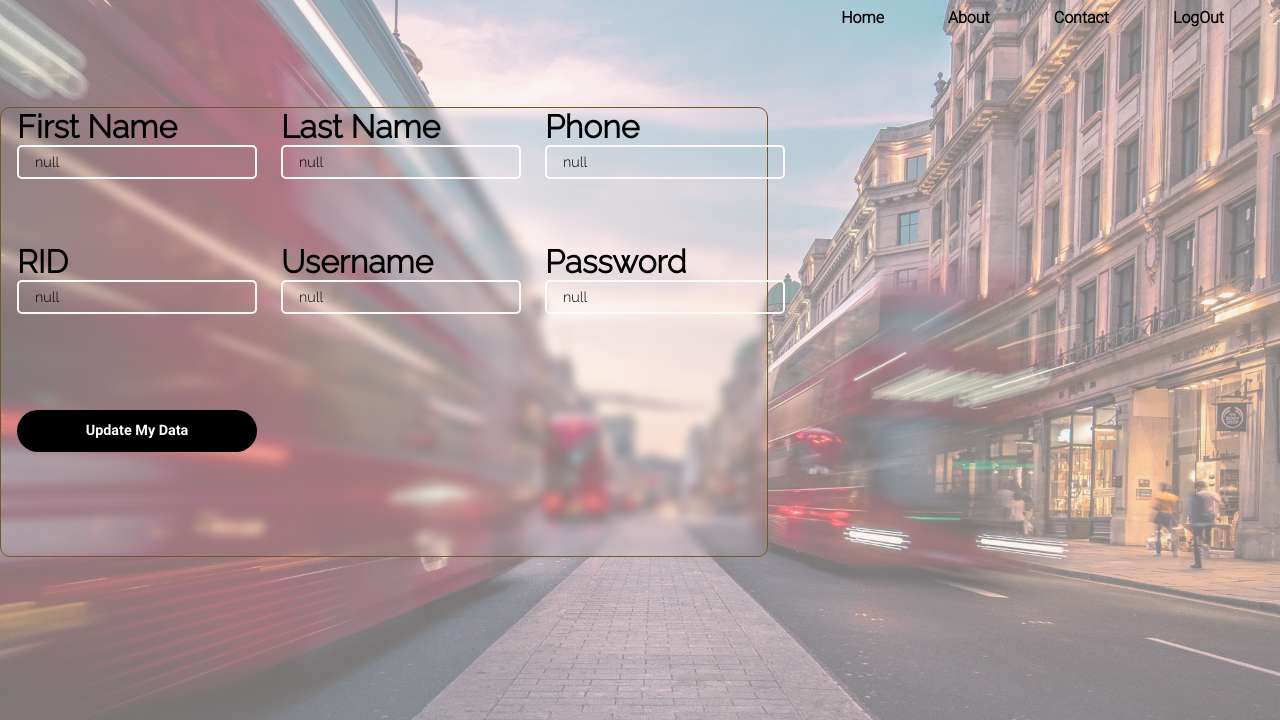
Repository: Savindushehan/RouteMaster-Group-project
Page: http://localhost/RouterMaster/Updateuserdetails.jsp
The author's editor kept a copy of each file at every save. The page is drawn from the files as they stood at one save, then again after the next save.
The browser window is 1280 px wide. The pictures show the whole page.
The page is served by Tomcat 10. Other server files are loaded and not shown.

Above is the page before, as saved 2023-10-27 05:50:08.

### RouteMaster/RouterMaster/src/main/webapp/Updateuserdetails.jsp
<%@ page language="java" contentType="text/html; charset=UTF-8"
    pageEncoding="UTF-8"%>
<!DOCTYPE html>
<html>
<head>
<meta charset="UTF-8">
<title>Insert title here</title>
 <style>
          @font-face {
        font-family: 'Roboto-Light'; /* Font family name */
        src: url('Fonts/Roboto-Light.ttf') format('truetype'); /* URL to your font file */
        font-weight: normal;
        font-style: italic;
        }
        @font-face {
        font-family: 'Raleway-Light'; /* Font family name */
        src: url('Fonts/Raleway-Light.ttf') format('truetype'); /* URL to your font file */
        font-weight: normal;
        font-style: italic;
        }
        @font-face {
        font-family: 'Roboto-Bold'; /* Font family name */
        src: url('Fonts/Roboto-Bold.ttf') format('truetype'); /* URL to your font file */
        font-weight: normal;
        font-style: italic;
        }
        :root{
            --div-color1:#000000;
            --div-color2:#272702;
            --div-color3:#07FAFA;
            --div-color4:#FFFFFF;
        }
        a{
            text-decoration: none;
        }
        *{
            margin: 0;
            padding: 0;
            box-sizing:border-box;
        }
        a{
            text-decoration: none;
        }
         body{
			background-image: url('Images/background.jpg');
            background-size: cover;
            background-repeat: no-repeat;
            background-position: center;
            height: 100vh;
            justify-content:center;
            align-items:center;
            flex-direction:column;
        }
        body::before {
          content: "";
          position: absolute;
          top: 0;
          left: 0;
          width: 100%;
          height: 100%;
          background-color: rgba(245, 236, 236, 0.5);
          z-index: -1;
        }
        .head{
            display: flex;
            flex-direction: row;
            justify-content: right;
        }
        header h3{
            color: var(--div-color1);
            font-size:1rem;
            margin-right: 3rem;
            cursor: grab;
            padding: 0.5rem;
            border-radius: 0.5rem;
            outline: none;
            font-family: 'Roboto-Light';
        }
          form{
          display: flex;
          flex-direction: column;
          justify-content: center;
          align-items: center;
          width: 50rem;
          margin-left: auto;
          margin-right: auto;
        }
        h1{
          font-size: 2.5rem;
          text-align: center;
          margin-top: 3rem;
        }
         .row1,.row2{
          display: flex;
          flex-direction: row;
          justify-content: space-between;
          width: 100%;
          margin-left: auto;
          margin-right: auto;
          margin-bottom: 4rem;

        }
        .details{
          flex-direction: column;
          justify-content: space-between;
       	  width:60vw;
          margin-left:auto;
          margin-right: auto;

        }
        .colomn1{
            display: flex;
            flex-direction: column;
            margin-right: 4rem;
        }
        .colomn2{
            display: flex;
            flex-direction: column;
        }
         .colomn1 .colomn2 input{
        width:100%;
        height:50px;
        margin: 30px 0;
        }

         main{
         width:60%;
         height: 450px;
         display: flex;
         flex-direction: column;
         backdrop-filter: blur(5px);
         border:1px solid #72582c;
         border-radius: 10px;
         align-items:center;
         gap:40px;
    	 margin-top: 10vh;
        }
        h2{
         font-family: 'Raleway-Light';
          font-size: 2rem;
        }
         form{
          display: flex;
          flex-direction: column;
          justify-content: center;
          align-items: center;
          width: 50rem;
          margin-left: auto;
          margin-right: auto;
        }

         .form .main{
           display:flex;
           flex-direction:column;
           width: 85%;
          }

         input{
          font-size: 0.9rem;
          font-family: 'Raleway-Light';
          width: 15rem;
          outline: none;
          padding-left: 1rem;
          padding-top: 0.4rem;
          padding-bottom: 0.4rem;
          border-radius: 5px;
          border: 2px solid red;
          border: none;
          background: transparent;
          border:2px solid rgb(255, 249, 249);

        }
          #btn{
          text-align: center;
          padding-left: 2rem;
          padding-right: 2rem;
          padding-top: 0.8rem;
          padding-bottom: 0.8rem;
          border-radius: 10px;
          font-family: 'Roboto-Bold';
          background-color: var(--div-color1);
          color: var(--div-color4);
          border: none;
          outline: none;
          cursor: pointer;
          margin-top: 2rem;
          border-radius:500px;
          transition:all 0.3s;

        }
       #btn:hover{
         transform:scale(1.15);
        }
    </style>
</head>
<body>
	 <header>
        <div class="head">
          <a href="Home.jsp"><h3 id="m1">Home</h3></a>
           <a href="AboutUs.jsp"><h3 id="m2">About</h3></a>
            <a href="ContactUS.jsp"><h3 id="m3">Contact</h3></a>
           <a href="login.jsp"><h3 id="m4">LogOut</h3></a>
        </div>
    </header>
	<main>
	<%
	String RID=request.getParameter("RID");
	String F_name=request.getParameter("F_name");
	String L_name=request.getParameter("L_name");
	String Phone=request.getParameter("Phone");
	String Username=request.getParameter("Username");
	String Password=request.getParameter("Password");
	%>

	<form action="updateuserServlet" method="post">
		 <div class="details">

                <div class="row1">

                    <div class="column1">
                        <h2>First Name</h2>
                        <input type="text" name="F_name" value="<%=F_name%>">
                    </div>
                    <div class="column2">
                        <h2>Last Name</h2>
                        <input type="text" name="L_name" value="<%=L_name%>">
                    </div>
                    <div class="column1">
                        <h2>Phone</h2>
                          <input type="text" name="Phone" value="<%=Phone%>">
                    </div>

                </div>
                <div class="row2">

                    <div class="column2">
                       	<h2>RID</h2>
                        <input type="text" name="RID" value="<%=RID%>" readonly>
                    </div>
                    <div class="column1">
                        <h2>Username</h2>
                         <input type="text" name="Username" value="<%=Username%>">
                    </div>
                    <div class="column2">
                        <h2>Password</h2>
                          <input type="text" name="Password" value="<%=Password%>">
                    </div>
                </div>



                <input type="submit" name="btn" id="btn" value="Update My Data">
            </div>
	</form>
	</main>

</body>
</html>

After the next save:
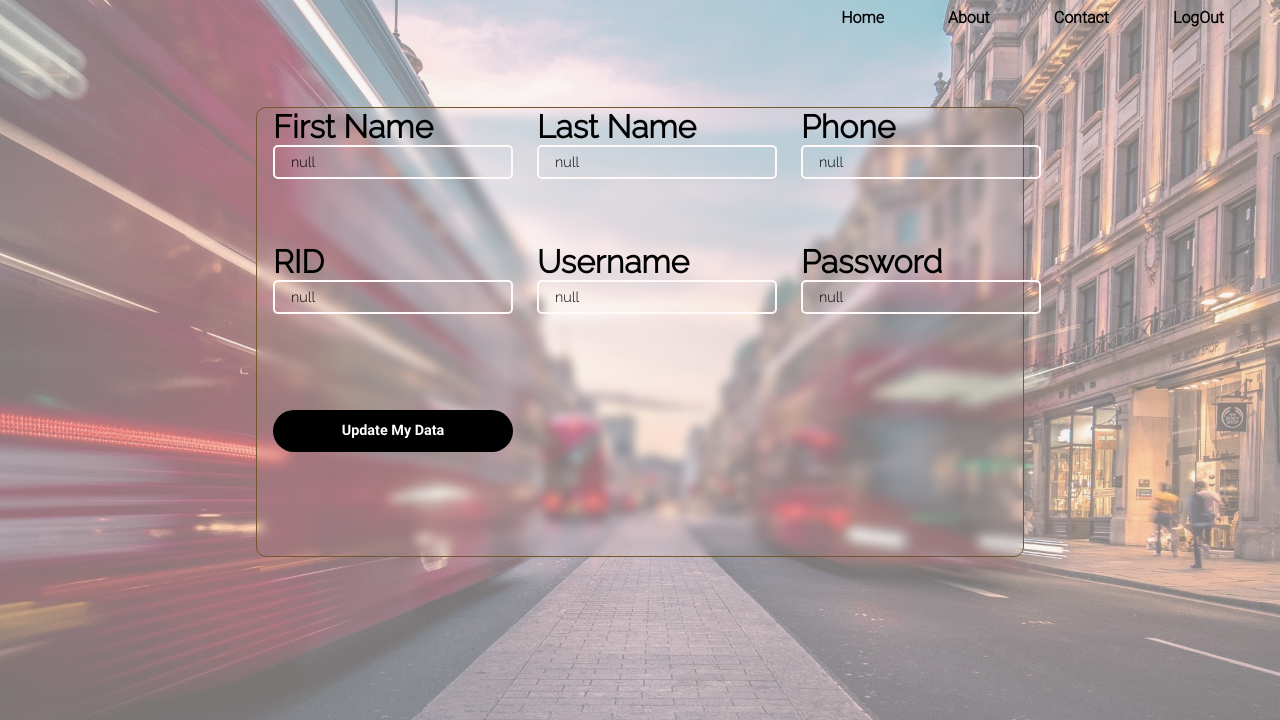
Saved 19 s later.
--- a/RouteMaster/RouterMaster/src/main/webapp/Updateuserdetails.jsp
+++ b/RouteMaster/RouterMaster/src/main/webapp/Updateuserdetails.jsp
@@ -134,6 +134,8 @@
          align-items:center;
          gap:40px;
     	 margin-top: 10vh;
+    	margin-left: auto;
+          margin-right: auto;
         }
         h2{
          font-family: 'Raleway-Light';
